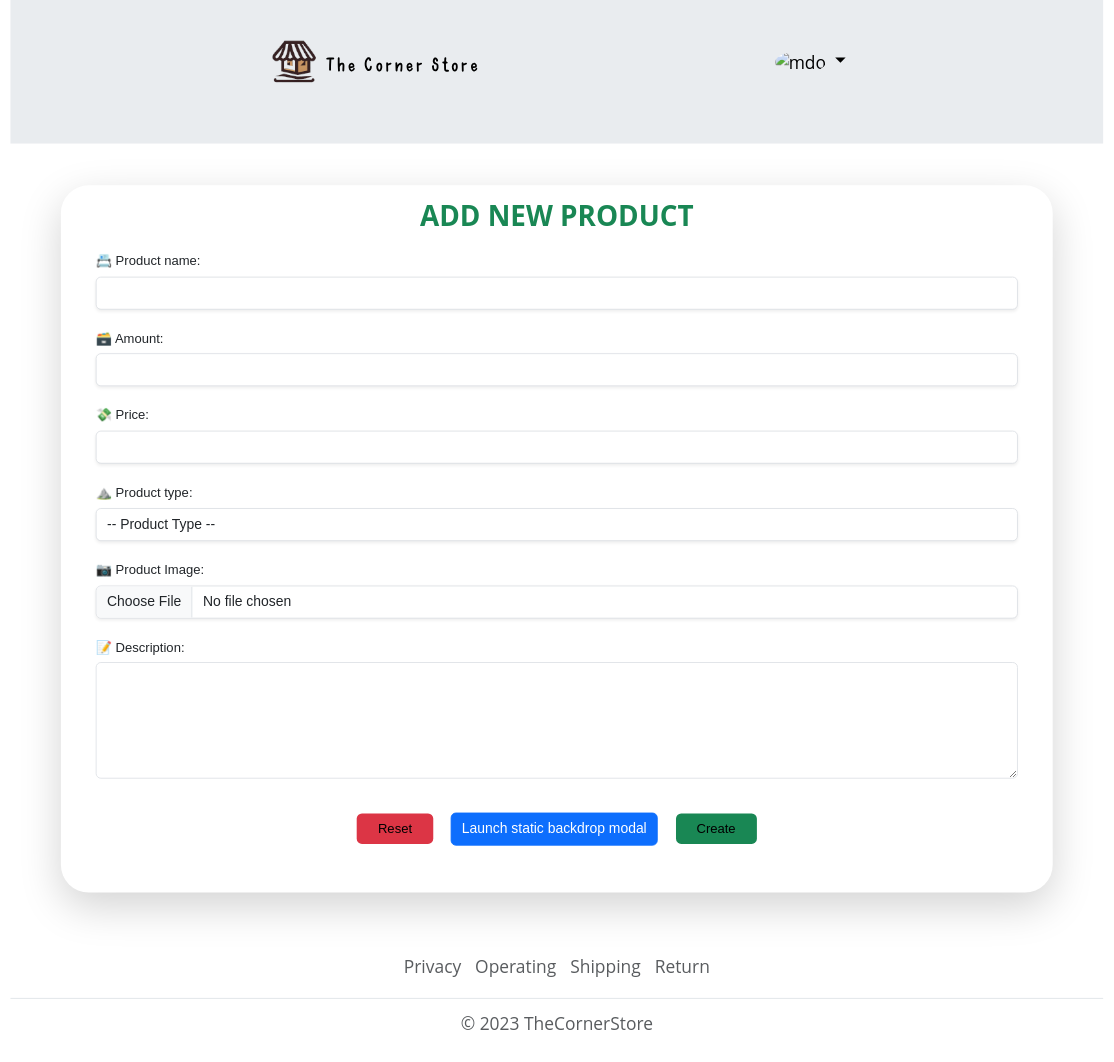
Repository: mintdunno/ass2-fullStack
Page: views/addProduct.ejs
The author's editor kept a copy of each file at every save. The page is drawn from the files as they stood at one save, then again after the next save.
The browser window is 1280 px wide. The pictures show the whole page, at 87% of full size.
The page is served by the project's Node server (index.js). The template is opened directly, without the code that normally fills it, so the values that code supplies are empty.

Above is the page before, as saved 2023-09-24 10:27:59.

After the next save:
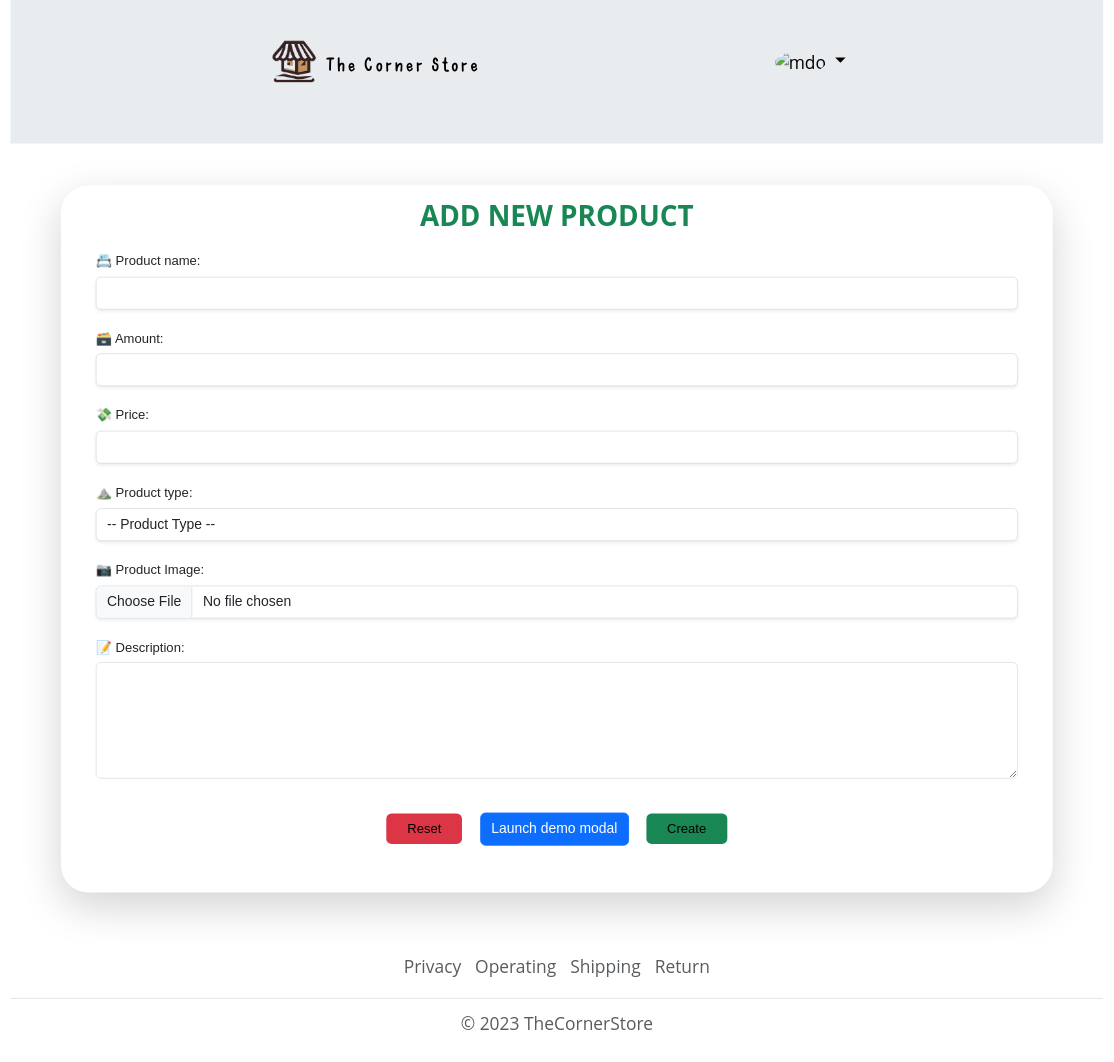
Saved 13 s later.
--- a/views/addProduct.ejs
+++ b/views/addProduct.ejs
@@ -68,18 +68,18 @@
                 <div id="error" style="color: red !important;" class="text-center"></div>
                 <div class="text-center">
                     <button type="reset" class="rounded border-0 px-4 py-2 bg-danger m-3">Reset</button>
-                    <button type="button" class="btn btn-primary" data-bs-toggle="modal"
-                        data-bs-target="#staticBackdrop">
-                        Launch static backdrop modal
+                    <!-- Button trigger modal -->
+                    <button type="button" class="btn btn-primary" data-bs-toggle="modal" data-bs-target="#exampleModal">
+                        Launch demo modal
                     </button>
 
                     <!-- Modal -->
-                    <div class="modal fade" id="staticBackdrop" data-bs-backdrop="static" data-bs-keyboard="false"
-                        tabindex="-1" aria-labelledby="staticBackdropLabel" aria-hidden="true">
+                    <div class="modal fade" id="exampleModal" tabindex="-1" aria-labelledby="exampleModalLabel"
+                        aria-hidden="true">
                         <div class="modal-dialog">
                             <div class="modal-content">
                                 <div class="modal-header">
-                                    <h1 class="modal-title fs-5" id="staticBackdropLabel">Modal title</h1>
+                                    <h1 class="modal-title fs-5" id="exampleModalLabel">Modal title</h1>
                                     <button type="button" class="btn-close" data-bs-dismiss="modal"
                                         aria-label="Close"></button>
                                 </div>
@@ -89,7 +89,7 @@
                                 <div class="modal-footer">
                                     <button type="button" class="btn btn-secondary"
                                         data-bs-dismiss="modal">Close</button>
-                                    <button type="button" class="btn btn-primary">Understood</button>
+                                    <button type="button" class="btn btn-primary">Save changes</button>
                                 </div>
                             </div>
                         </div>
